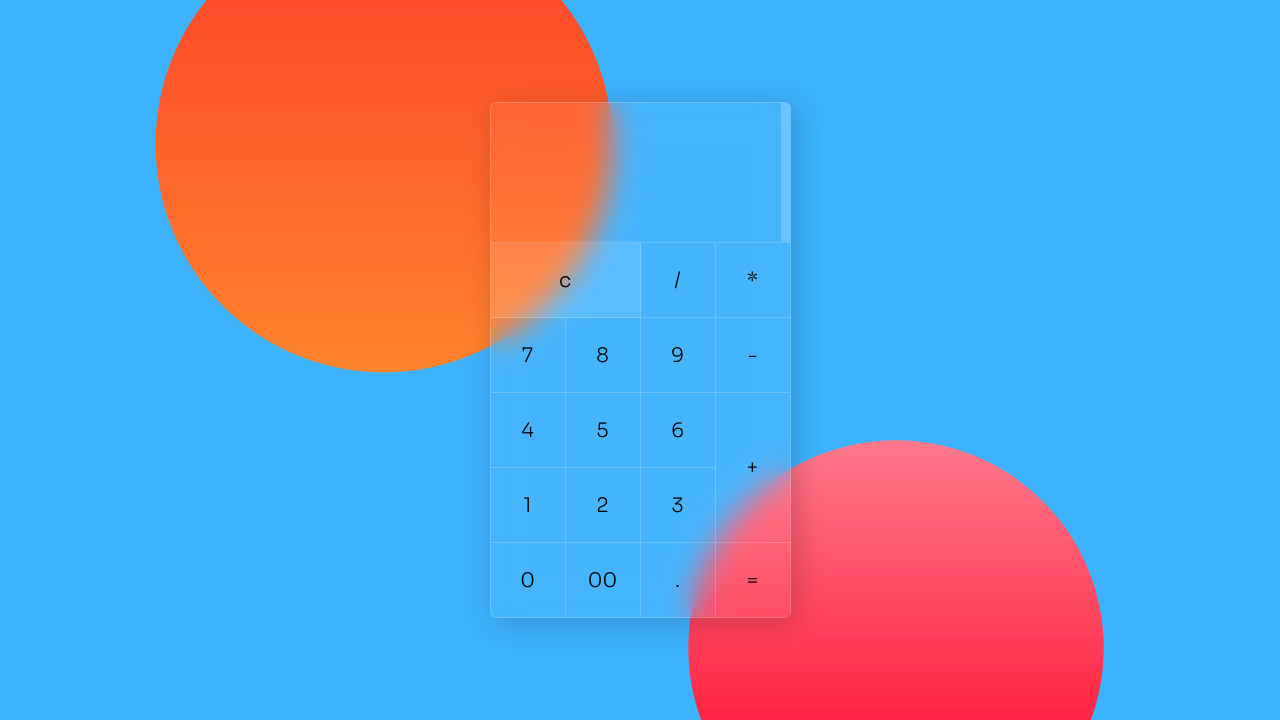
Repository: tharunkumaar404/Glass-Calci
Page: index.html
These files come from the project's save history. The page is drawn as it stood at one moment and after the next save; the edit follows.
The browser window is 1280 px wide. The pictures show the whole page.
The pointer rests on the first visible `.container .calculator span`.

Above is the page before, as saved 2021-08-26 15:08:40.

### index.html
<!DOCTYPE html>
<html lang="en">
<head>
    <meta charset="UTF-8">
    <meta http-equiv="X-UA-Compatible" content="IE=edge">
    <meta name="viewport" content="width=device-width, initial-scale=1.0">
    <title>Calculator</title>
    <link rel="stylesheet" href="styles.css">
</head>
<body>
    <div class="container">
        <form class="calculator" name="calc">
            <input type="text" readonly class="value" name="txt"/>
            <span class="num clear" onclick="calc.txt.value = ''">c</span>
            <span class="num" onclick="document.calc.txt.value +='/'">/</span>
            <span class="num" onclick="document.calc.txt.value +='*'">*</span>
            <span class="num" onclick="document.calc.txt.value +='7'">7</span>
            <span class="num" onclick="document.calc.txt.value +='8'">8</span>
            <span class="num" onclick="document.calc.txt.value +='9'">9</span>
            <span class="num" onclick="document.calc.txt.value +='-'">-</span>
            <span class="num" onclick="document.calc.txt.value +='4'">4</span>
            <span class="num " onclick="document.calc.txt.value +='5'">5</span>
            <span class="num" onclick="document.calc.txt.value +='6'">6</span>
            <span class="num plus" onclick="document.calc.txt.value +='+'">+</span>
            <span class="num" onclick="document.calc.txt.value +='1'">1</span>
            <span class="num" onclick="document.calc.txt.value +='2'">2</span>
            <span class="num" onclick="document.calc.txt.value +='3'">3</span>
            <span class="num" onclick="document.calc.txt.value +='0'">0</span>
            <span class="num" onclick="document.calc.txt.value +='00'">00</span>
            <span class="num" onclick="document.calc.txt.value +='.'"">.</span>
            <span class="num equal" onclick="document.calc.txt.value =eval(calc.txt.value)">=</span>
        </form>
    </div>
    <script type="text/javascript" src="vanilla-tilt.js"></script>
    <script type="text/javascript">
    	VanillaTilt.init(document.querySelector(".container"), {
    		max: 15,
    		speed: 400,
            glare: true,
            "max-glare":0.2,
            gyroscope:true,
    	});
    </script>
</body>
</html>

### styles.css
@import url('https://fonts.googleapis.com/css2?family=Sora:wght@300&display=swap');

*{
    margin: 0;
    padding: 0;
    box-sizing: border-box;
    font-family: 'Sora', sans-serif;
}

body{
display:flex;
justify-content: center;
align-items: center;
min-height: 100vh;
background: #3DB2FF;
}

body::before{
    content: '';
    position: absolute;
    top: 0;
    left:0;
    width: 100%;
    height:100%;
    background:linear-gradient(#FF4C29,#FFB830);
    clip-path: circle(22% at 30% 20%);
}
body::after{
    content: '';
    position: absolute;
    top: 0;
    left:0;
    width: 100%;
    height:100%;
    background:linear-gradient(#fff,#FF2442);
    clip-path: circle(20% at 70% 90%);
}

.container{
    position:relative;
    background: rgba(255,255,255,0.05);
    border-radius: 6px;
    overflow: hidden;
    z-index:10;
    backdrop-filter: blur(15px);
    border-top: 1px solid rgba(255,255,255,0.2);
    border-left:1px solid rgba(255,255,255,0.2);
    box-shadow: 5px 5px 30px rgba(0,0,0,0.2);

}

.container .calculator{
    position:relative;
    display:grid;

}

.container .calculator .value{
    grid-column: span 4;
    height: 140px;
    width:300px;
    text-align:right;
    border:none;
    outline:none;
    padding:10px;
    font-size:30px;
    background: transparent;
    color: #000;
    border-bottom: 1px solid rgba(255,255,255,0.2);
    border-right:10px solid rgba(255,255,255,0.2);


}
.container .calculator span {
    display:grid;
    place-items:center;
    height: 75px;
    width:75px;
    color:black;
    cursor:pointer;
    font-weight:400;
    font-size:20px;
    user-select:none;
    border-bottom: 1px solid rgba(255,255,255,0.2);
    border-right:1px solid rgba(255,255,255,0.2);
    transition: 0.5s;


}
.container .calculator span:hover{
    transition: 0s;
    background: rgba(255,255,255,0.1);
}

.container .calculator span:active{
    background: #1B1A17;
    color: #F7F3E9;
    font-size: 24px;
    font-weight: 500;

}
.container .calculator .clear{
    grid-column: span 2;
    width:150px;
    background: rgba(255,255,255,0.1);
}
.container .calculator .plus{
grid-row: span 2;
height:150px;
}

### vanilla-tilt.js
var VanillaTilt = (function () {
'use strict';

/**
 * Created by Sergiu Șandor (micku7zu) on 1/27/2017.
 * Original idea: https://github.com/gijsroge/tilt.js
 * MIT License.
 * Version 1.7.1
 */

class VanillaTilt {
  constructor(element, settings = {}) {
    if (!(element instanceof Node)) {
      throw ("Can't initialize VanillaTilt because " + element + " is not a Node.");
    }

    this.width = null;
    this.height = null;
    this.clientWidth = null;
    this.clientHeight = null;
    this.left = null;
    this.top = null;

    // for Gyroscope sampling
    this.gammazero = null;
    this.betazero = null;
    this.lastgammazero = null;
    this.lastbetazero = null;

    this.transitionTimeout = null;
    this.updateCall = null;
    this.event = null;

    this.updateBind = this.update.bind(this);
    this.resetBind = this.reset.bind(this);

    this.element = element;
    this.settings = this.extendSettings(settings);

    this.reverse = this.settings.reverse ? -1 : 1;
    this.glare = VanillaTilt.isSettingTrue(this.settings.glare);
    this.glarePrerender = VanillaTilt.isSettingTrue(this.settings["glare-prerender"]);
    this.fullPageListening = VanillaTilt.isSettingTrue(this.settings["full-page-listening"]);
    this.gyroscope = VanillaTilt.isSettingTrue(this.settings.gyroscope);
    this.gyroscopeSamples = this.settings.gyroscopeSamples;

    this.elementListener = this.getElementListener();

    if (this.glare) {
      this.prepareGlare();
    }

    if (this.fullPageListening) {
      this.updateClientSize();
    }

    this.addEventListeners();
    this.updateInitialPosition();
  }

  static isSettingTrue(setting) {
    return setting === "" || setting === true || setting === 1;
  }

  /**
   * Method returns element what will be listen mouse events
   * @return {Node}
   */
  getElementListener() {
    if (this.fullPageListening) {
      return window.document;
    }

    if (typeof this.settings["mouse-event-element"] === "string") {
      const mouseEventElement = document.querySelector(this.settings["mouse-event-element"]);

      if (mouseEventElement) {
        return mouseEventElement;
      }
    }

    if (this.settings["mouse-event-element"] instanceof Node) {
      return this.settings["mouse-event-element"];
    }

    return this.element;
  }

  /**
   * Method set listen methods for this.elementListener
   * @return {Node}
   */
  addEventListeners() {
    this.onMouseEnterBind = this.onMouseEnter.bind(this);
    this.onMouseMoveBind = this.onMouseMove.bind(this);
    this.onMouseLeaveBind = this.onMouseLeave.bind(this);
    this.onWindowResizeBind = this.onWindowResize.bind(this);
    this.onDeviceOrientationBind = this.onDeviceOrientation.bind(this);

    this.elementListener.addEventListener("mouseenter", this.onMouseEnterBind);
    this.elementListener.addEventListener("mouseleave", this.onMouseLeaveBind);
    this.elementListener.addEventListener("mousemove", this.onMouseMoveBind);

    if (this.glare || this.fullPageListening) {
      window.addEventListener("resize", this.onWindowResizeBind);
    }

    if (this.gyroscope) {
      window.addEventListener("deviceorientation", this.onDeviceOrientationBind);
    }
  }

  /**
   * Method remove event listeners from current this.elementListener
   */
  removeEventListeners() {
    this.elementListener.removeEventListener("mouseenter", this.onMouseEnterBind);
    this.elementListener.removeEventListener("mouseleave", this.onMouseLeaveBind);
    this.elementListener.removeEventListener("mousemove", this.onMouseMoveBind);

    if (this.gyroscope) {
      window.removeEventListener("deviceorientation", this.onDeviceOrientationBind);
    }

    if (this.glare || this.fullPageListening) {
      window.removeEventListener("resize", this.onWindowResizeBind);
    }
  }

  destroy() {
    clearTimeout(this.transitionTimeout);
    if (this.updateCall !== null) {
      cancelAnimationFrame(this.updateCall);
    }

    this.reset();

    this.removeEventListeners();
    this.element.vanillaTilt = null;
    delete this.element.vanillaTilt;

    this.element = null;
  }

  onDeviceOrientation(event) {
    if (event.gamma === null || event.beta === null) {
      return;
    }

    this.updateElementPosition();

    if (this.gyroscopeSamples > 0) {
      this.lastgammazero = this.gammazero;
      this.lastbetazero = this.betazero;

      if (this.gammazero === null) {
        this.gammazero = event.gamma;
        this.betazero = event.beta;
      } else {
        this.gammazero = (event.gamma + this.lastgammazero) / 2;
        this.betazero = (event.beta + this.lastbetazero) / 2;
      }

      this.gyroscopeSamples -= 1;
    }

    const totalAngleX = this.settings.gyroscopeMaxAngleX - this.settings.gyroscopeMinAngleX;
    const totalAngleY = this.settings.gyroscopeMaxAngleY - this.settings.gyroscopeMinAngleY;

    const degreesPerPixelX = totalAngleX / this.width;
    const degreesPerPixelY = totalAngleY / this.height;

    const angleX = event.gamma - (this.settings.gyroscopeMinAngleX + this.gammazero);
    const angleY = event.beta - (this.settings.gyroscopeMinAngleY + this.betazero);

    const posX = angleX / degreesPerPixelX;
    const posY = angleY / degreesPerPixelY;

    if (this.updateCall !== null) {
      cancelAnimationFrame(this.updateCall);
    }

    this.event = {
      clientX: posX + this.left,
      clientY: posY + this.top,
    };

    this.updateCall = requestAnimationFrame(this.updateBind);
  }

  onMouseEnter() {
    this.updateElementPosition();
    this.element.style.willChange = "transform";
    this.setTransition();
  }

  onMouseMove(event) {
    if (this.updateCall !== null) {
      cancelAnimationFrame(this.updateCall);
    }

    this.event = event;
    this.updateCall = requestAnimationFrame(this.updateBind);
  }

  onMouseLeave() {
    this.setTransition();

    if (this.settings.reset) {
      requestAnimationFrame(this.resetBind);
    }
  }

  reset() {
    this.event = {
      clientX: this.left + this.width / 2,
      clientY: this.top + this.height / 2
    };

    if (this.element && this.element.style) {
      this.element.style.transform = `perspective(${this.settings.perspective}px) ` +
        `rotateX(0deg) ` +
        `rotateY(0deg) ` +
        `scale3d(1, 1, 1)`;
    }

    this.resetGlare();
  }

  resetGlare() {
    if (this.glare) {
      this.glareElement.style.transform = "rotate(180deg) translate(-50%, -50%)";
      this.glareElement.style.opacity = "0";
    }
  }

  updateInitialPosition() {
    if (this.settings.startX === 0 && this.settings.startY === 0) {
      return;
    }

    this.onMouseEnter();

    if (this.fullPageListening) {
      this.event = {
        clientX: (this.settings.startX + this.settings.max) / (2 * this.settings.max) * this.clientWidth,
        clientY: (this.settings.startY + this.settings.max) / (2 * this.settings.max) * this.clientHeight
      };
    } else {
      this.event = {
        clientX: this.left + ((this.settings.startX + this.settings.max) / (2 * this.settings.max) * this.width),
        clientY: this.top + ((this.settings.startY + this.settings.max) / (2 * this.settings.max) * this.height)
      };
    }


    let backupScale = this.settings.scale;
    this.settings.scale = 1;
    this.update();
    this.settings.scale = backupScale;
    this.resetGlare();
  }

  getValues() {
    let x, y;

    if (this.fullPageListening) {
      x = this.event.clientX / this.clientWidth;
      y = this.event.clientY / this.clientHeight;
    } else {
      x = (this.event.clientX - this.left) / this.width;
      y = (this.event.clientY - this.top) / this.height;
    }

    x = Math.min(Math.max(x, 0), 1);
    y = Math.min(Math.max(y, 0), 1);

    let tiltX = (this.reverse * (this.settings.max - x * this.settings.max * 2)).toFixed(2);
    let tiltY = (this.reverse * (y * this.settings.max * 2 - this.settings.max)).toFixed(2);
    let angle = Math.atan2(this.event.clientX - (this.left + this.width / 2), -(this.event.clientY - (this.top + this.height / 2))) * (180 / Math.PI);

    return {
      tiltX: tiltX,
      tiltY: tiltY,
      percentageX: x * 100,
      percentageY: y * 100,
      angle: angle
    };
  }

  updateElementPosition() {
    let rect = this.element.getBoundingClientRect();

    this.width = this.element.offsetWidth;
    this.height = this.element.offsetHeight;
    this.left = rect.left;
    this.top = rect.top;
  }

  update() {
    let values = this.getValues();

    this.element.style.transform = "perspective(" + this.settings.perspective + "px) " +
      "rotateX(" + (this.settings.axis === "x" ? 0 : values.tiltY) + "deg) " +
      "rotateY(" + (this.settings.axis === "y" ? 0 : values.tiltX) + "deg) " +
      "scale3d(" + this.settings.scale + ", " + this.settings.scale + ", " + this.settings.scale + ")";

    if (this.glare) {
      this.glareElement.style.transform = `rotate(${values.angle}deg) translate(-50%, -50%)`;
      this.glareElement.style.opacity = `${values.percentageY * this.settings["max-glare"] / 100}`;
    }

    this.element.dispatchEvent(new CustomEvent("tiltChange", {
      "detail": values
    }));

    this.updateCall = null;
  }

  /**
   * Appends the glare element (if glarePrerender equals false)
   * and sets the default style
   */
  prepareGlare() {
    // If option pre-render is enabled we assume all html/css is present for an optimal glare effect.
    if (!this.glarePrerender) {
      // Create glare element
      const jsTiltGlare = document.createElement("div");
      jsTiltGlare.classList.add("js-tilt-glare");

      const jsTiltGlareInner = document.createElement("div");
      jsTiltGlareInner.classList.add("js-tilt-glare-inner");

      jsTiltGlare.appendChild(jsTiltGlareInner);
      this.element.appendChild(jsTiltGlare);
    }

    this.glareElementWrapper = this.element.querySelector(".js-tilt-glare");
    this.glareElement = this.element.querySelector(".js-tilt-glare-inner");

    if (this.glarePrerender) {
      return;
    }

    Object.assign(this.glareElementWrapper.style, {
      "position": "absolute",
      "top": "0",
      "left": "0",
      "width": "100%",
      "height": "100%",
      "overflow": "hidden",
      "pointer-events": "none"
    });

    Object.assign(this.glareElement.style, {
      "position": "absolute",
      "top": "50%",
      "left": "50%",
      "pointer-events": "none",
      "background-image": `linear-gradient(0deg, rgba(255,255,255,0) 0%, rgba(255,255,255,1) 100%)`,
      "width": `${this.element.offsetWidth * 2}px`,
      "height": `${this.element.offsetWidth * 2}px`,
      "transform": "rotate(180deg) translate(-50%, -50%)",
      "transform-origin": "0% 0%",
      "opacity": "0",
    });
  }

  updateGlareSize() {
    if (this.glare) {
      Object.assign(this.glareElement.style, {
        "width": `${this.element.offsetWidth * 2}`,
        "height": `${this.element.offsetWidth * 2}`,
      });
    }
  }

  updateClientSize() {
    this.clientWidth = window.innerWidth
      || document.documentElement.clientWidth
      || document.body.clientWidth;

    this.clientHeight = window.innerHeight
      || document.documentElement.clientHeight
      || document.body.clientHeight;
  }

  onWindowResize() {
    this.updateGlareSize();
    this.updateClientSize();
  }

  setTransition() {
    clearTimeout(this.transitionTimeout);
    this.element.style.transition = this.settings.speed + "ms " + this.settings.easing;
    if (this.glare) this.glareElement.style.transition = `opacity ${this.settings.speed}ms ${this.settings.easing}`;

    this.transitionTimeout = setTimeout(() => {
      this.element.style.transition = "";
      if (this.glare) {
        this.glareElement.style.transition = "";
      }
    }, this.settings.speed);

  }

  /**
   * Method return patched settings of instance
   * @param {boolean} settings.reverse - reverse the tilt direction
   * @param {number} settings.max - max tilt rotation (degrees)
   * @param {startX} settings.startX - the starting tilt on the X axis, in degrees. Default: 0
   * @param {startY} settings.startY - the starting tilt on the Y axis, in degrees. Default: 0
   * @param {number} settings.perspective - Transform perspective, the lower the more extreme the tilt gets
   * @param {string} settings.easing - Easing on enter/exit
   * @param {number} settings.scale - 2 = 200%, 1.5 = 150%, etc..
   * @param {number} settings.speed - Speed of the enter/exit transition
   * @param {boolean} settings.transition - Set a transition on enter/exit
   * @param {string|null} settings.axis - What axis should be disabled. Can be X or Y
   * @param {boolean} settings.glare - What axis should be disabled. Can be X or Y
   * @param {number} settings.max-glare - the maximum "glare" opacity (1 = 100%, 0.5 = 50%)
   * @param {boolean} settings.glare-prerender - false = VanillaTilt creates the glare elements for you, otherwise
   * @param {boolean} settings.full-page-listening - If true, parallax effect will listen to mouse move events on the whole document, not only the selected element
   * @param {string|object} settings.mouse-event-element - String selector or link to HTML-element what will be listen mouse events
   * @param {boolean} settings.reset - false = If the tilt effect has to be reset on exit
   * @param {gyroscope} settings.gyroscope - Enable tilting by deviceorientation events
   * @param {gyroscopeSensitivity} settings.gyroscopeSensitivity - Between 0 and 1 - The angle at which max tilt position is reached. 1 = 90deg, 0.5 = 45deg, etc..
   * @param {gyroscopeSamples} settings.gyroscopeSamples - How many gyroscope moves to decide the starting position.
   */
  extendSettings(settings) {
    let defaultSettings = {
      reverse: false,
      max: 15,
      startX: 0,
      startY: 0,
      perspective: 1000,
      easing: "cubic-bezier(.03,.98,.52,.99)",
      scale: 1,
      speed: 300,
      transition: true,
      axis: null,
      glare: false,
      "max-glare": 1,
      "glare-prerender": false,
      "full-page-listening": false,
      "mouse-event-element": null,
      reset: true,
      gyroscope: true,
      gyroscopeMinAngleX: -45,
      gyroscopeMaxAngleX: 45,
      gyroscopeMinAngleY: -45,
      gyroscopeMaxAngleY: 45,
      gyroscopeSamples: 10
    };

    let newSettings = {};
    for (var property in defaultSettings) {
      if (property in settings) {
        newSettings[property] = settings[property];
      } else if (this.element.hasAttribute("data-tilt-" + property)) {
        let attribute = this.element.getAttribute("data-tilt-" + property);
        try {
          newSettings[property] = JSON.parse(attribute);
        } catch (e) {
          newSettings[property] = attribute;
        }

      } else {
        newSettings[property] = defaultSettings[property];
      }
    }

    return newSettings;
  }

  static init(elements, settings) {
    if (elements instanceof Node) {
      elements = [elements];
    }

    if (elements instanceof NodeList) {
      elements = [].slice.call(elements);
    }

    if (!(elements instanceof Array)) {
      return;
    }

    elements.forEach((element) => {
      if (!("vanillaTilt" in element)) {
        element.vanillaTilt = new VanillaTilt(element, settings);
      }
    });
  }
}

if (typeof document !== "undefined") {
  /* expose the class to window */
  window.VanillaTilt = VanillaTilt;

  /**
   * Auto load
   */
  VanillaTilt.init(document.querySelectorAll("[data-tilt]"));
}

return VanillaTilt;

}());

After the next save:
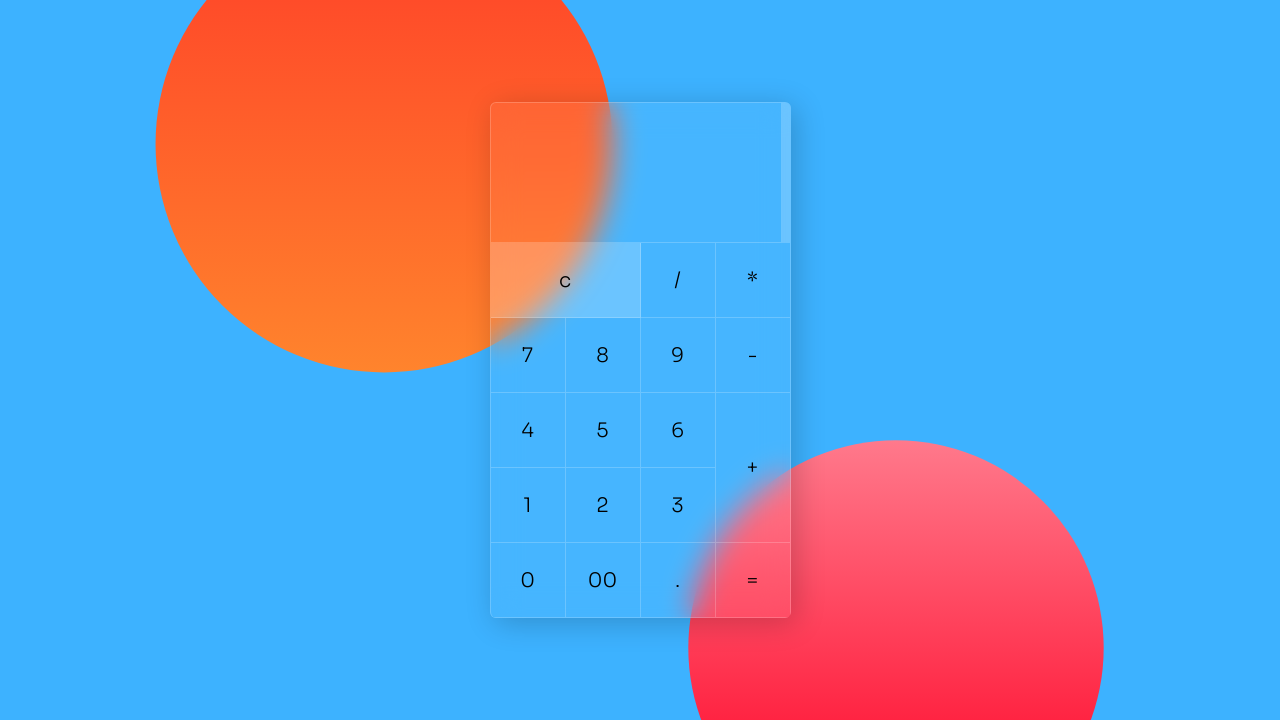
Saved 8 s later.
--- a/styles.css
+++ b/styles.css
@@ -89,7 +89,7 @@ body::after{
 }
 .container .calculator span:hover{
     transition: 0s;
-    background: rgba(255,255,255,0.1);
+    background: rgba(255,255,255,0.2);
 }
 
 .container .calculator span:active{
